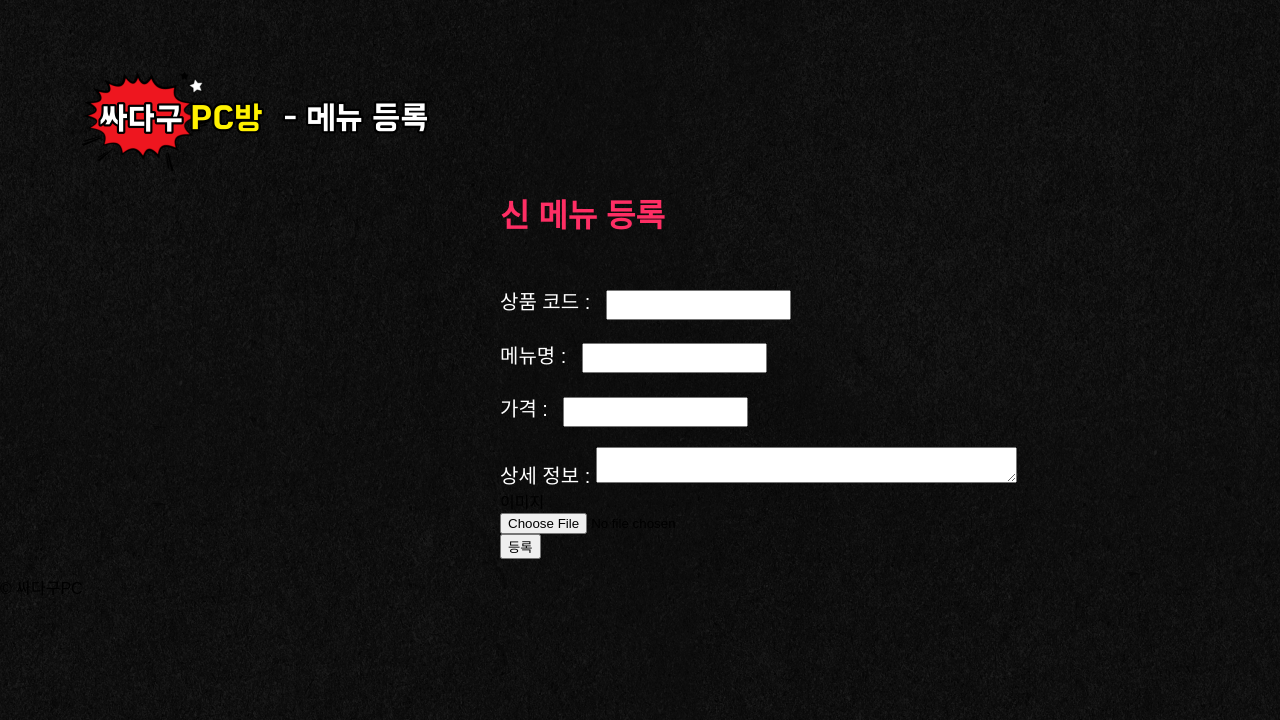
Repository: lkwoung/webProject-assignment
Page: http://localhost/CheapPC/addMenu.jsp
These files come from the project's save history. The page is drawn as it stood at one moment and after the next save; the edit follows.
The browser window is 1280 px wide. The pictures show the whole page.
Some web fonts or font styles are not loaded; a fallback is used. The page is served by Tomcat 9.

Above is the page before, as saved 2020-12-13 15:13:49.

After the next save:
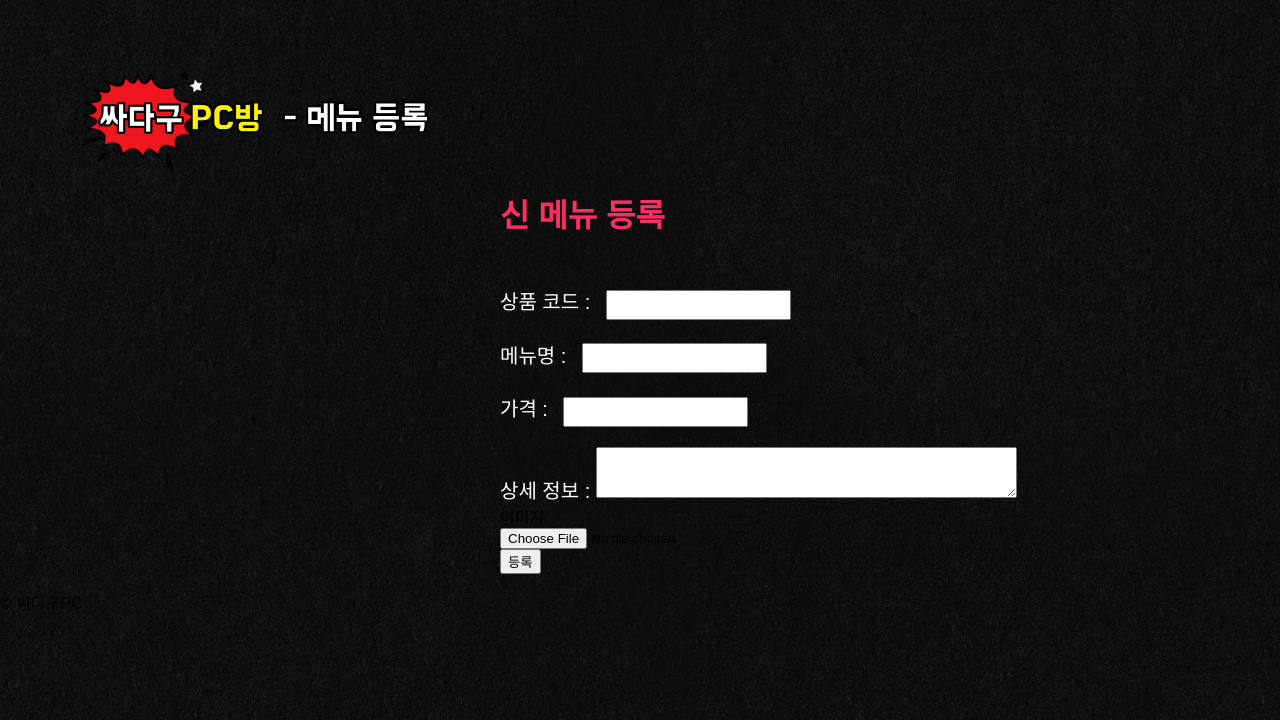
Saved 27 s later.
--- a/CheapPC/WebContent/addMenu.jsp
+++ b/CheapPC/WebContent/addMenu.jsp
@@ -27,7 +27,7 @@
 	</div>
 	<div style="color:#fff; font-size:20px;" >
 	<label style="padding-top:10px;">상세 정보 : </label>
-	<textarea name = "description" cols="50" rows="2"></textarea>
+	<textarea name = "description" cols="50" rows="3"></textarea>
 
 	</div>
 
